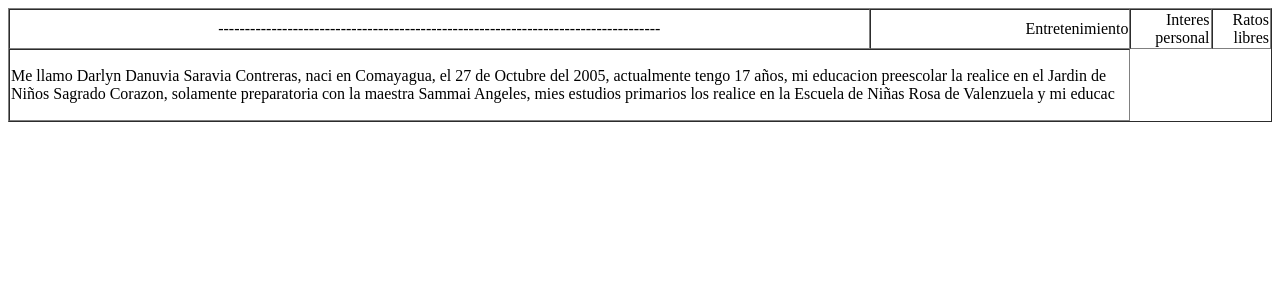
Repository: darlyn-saravia27/portafolio-darlynsaravia
Page: archivoshtml/tareas de html/index.html
These files come from the project's save history. The page is drawn as it stood at one moment and after the next save; the edit follows.
The browser window is 1280 px wide. The pictures show the whole page.

Above is the page before, as saved 2023-03-04 00:42:17.

### archivoshtml/tareas de html/index.html
<!DOCTYPE html>
<html lang="en">
<head>
    <meta charset="UTF-8">
    <meta http-equiv="X-UA-Compatible" content="IE=edge">
    <meta name="viewport" content="width=device-width, initial-scale=1.0">
    <title>Mi Portafolio Web</title>
</head>
<body>
    <table align="center" border="1" cellspacing="0" width="100%">
    <tr align="center">
        <td>-----------------------------------------------------------------------------------</td>
        <td align="right">Entretenimiento</td>
        <td align="right">Interes personal</td>
        <td align="right">Ratos libres</td>
    </tr>
    <tr>
        <td colspan="2">
            <p> Me llamo Darlyn Danuvia Saravia Contreras, naci en Comayagua,
                el 27 de Octubre del 2005, actualmente tengo 17 años, mi educacion preescolar la realice
                en el Jardin de Niños Sagrado Corazon, solamente preparatoria
                con la maestra Sammai Angeles, mies estudios primarios los realice en la
                Escuela de Niñas Rosa de Valenzuela y mi educac</p> </td>
    </tr>
</body>
</html>

After the next save:
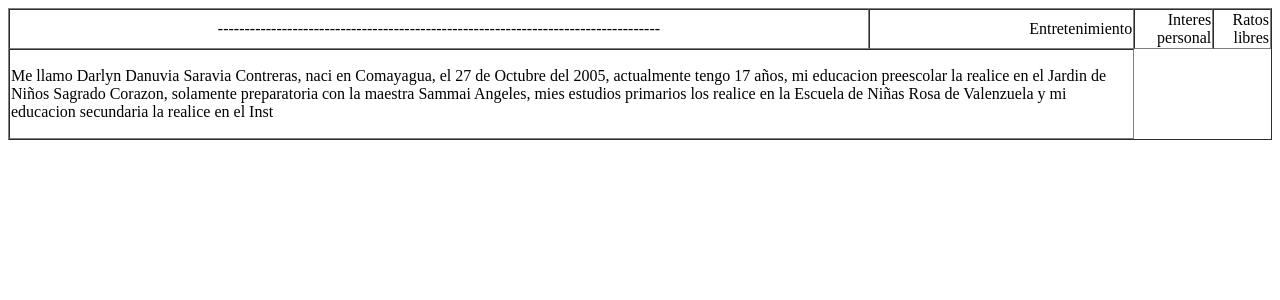
Saved 23 s later.
--- a/archivoshtml/tareas de html/index.html
+++ b/archivoshtml/tareas de html/index.html
@@ -20,7 +20,8 @@
                 el 27 de Octubre del 2005, actualmente tengo 17 años, mi educacion preescolar la realice
                 en el Jardin de Niños Sagrado Corazon, solamente preparatoria
                 con la maestra Sammai Angeles, mies estudios primarios los realice en la
-                Escuela de Niñas Rosa de Valenzuela y mi educac</p> </td>
+                Escuela de Niñas Rosa de Valenzuela y mi educacion secundaria la realice en
+               el Inst</p> </td>
     </tr>
 </body>
 </html>
